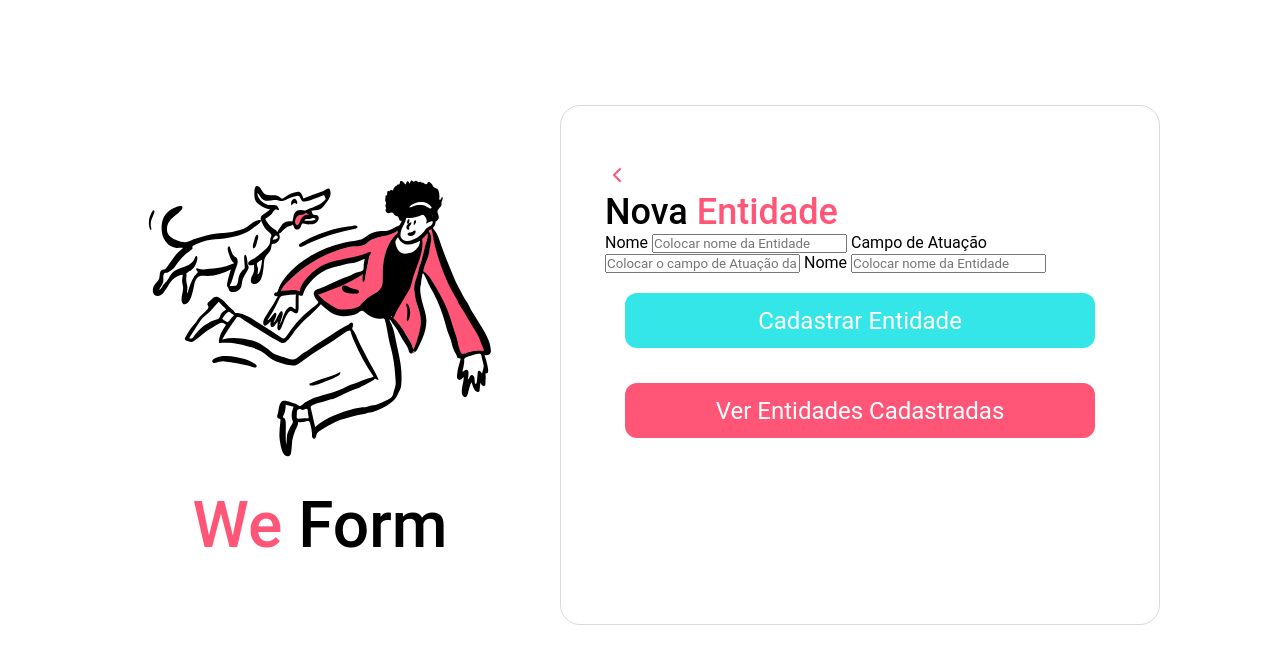
Repository: guilhermecardoso93/we-form
Page: nova-entidade.html
An editor plug-in stored every save of this project. The page is shown before and after the next save, followed by the edit.
The browser window is 1280 px wide. The pictures show the whole page.
Some web libraries are served in a nearby version.

Above is the page before, as saved 2024-06-09 18:01:10.

### nova-entidade.html
<!DOCTYPE html>
<html lang="pt-BR">

<head>
    <meta charset="UTF-8">
    <meta name="viewport" content="width=device-width, initial-scale=1.0">
    <link rel="stylesheet" href="https://cdnjs.cloudflare.com/ajax/libs/font-awesome/5.13.1/css/all.min.css">
    <link rel="stylesheet" href="./styles.css">
    <title>We Form</title>
</head>

<body>
    <div class="content">

        <aside>
            <img src="./assets/hero.svg" alt="Ilustração mulher com cachorro" />
            <h1>
                <span>We</span> Form
            </h1>
        </aside>

        <main>
            <a href="/">
                <img src="./assets/arrow-back.svg" alt="seta" />
            </a href="/">
            <h2>Nova <span>Entidade</span></h2>
            <form>
                <label form="nome">Nome</label>
                <input type="text" placeholder="Colocar nome da Entidade" id="nome">

                <label form="field">Campo de Atuação</label>
                <input type="text" placeholder="Colocar o campo de Atuação da Entidade" id="field">

                <label form="nome">Nome</label>
                <input type="text" placeholder="Colocar nome da Entidade" id="nome">
            </form>
            <div class="buttons">
                <button>
                <a href="http://">Cadastrar Entidade</a>
            </button>
                <button>
                <a href="http://">Ver Entidades Cadastradas</a>
            </button>
            </div>

        </main>
    </div>
</body>

</html>

### styles.css
* {
  padding: 0;
  margin: 0;
  box-sizing: border-box;
  font-family: Roboto, sans-serif;
}

:root {
  font-size: 62.5%;
}

body {
  font-size: 1.6rem;
  text-decoration: none;
}

.content {
 display: flex;
 flex-wrap: wrap-reverse;
 align-items: center;
 justify-content:center;
 gap: 4rem;
 margin: 10.5rem 0 4rem 0;
}


aside {
  display: flex;
  flex-direction: column;
  align-items: center;
  justify-content: center;
  gap: 2rem;
}

aside h1 {
  font-size: 6.4rem;
  font-weight: 500;
  line-height: 75px;
}

aside h1>span, main h2>span {
  color: #FF5678;
}

aside img {
  width: 40rem;
}


main {
  width: 60rem;
  height: 52rem;
  border: 1px solid rgba(0, 0, 0, 0.15);
  border-radius: 20px;
  padding: 5.7rem 4.4rem;
}

main h2 {
  max-width: 43rem;
  font-size: 3.6rem;
  font-weight: 500;
}

.buttons {
  display: flex;
  flex-direction: column;
  justify-content: center;
  gap: 3.5rem;
  margin: 2rem;
}


.buttons button {
  background-color: #35e6e9;
  height: 5.5rem;
  border: none;
  border-radius: 12px;
}

.buttons button:hover {
  opacity: 0.5;
}

.buttons button a {
  text-decoration: none;
  color: #fff;
  font-size: 2.4rem;
}

.buttons button+button {
  background-color: #FF5678;
}

.footer {
  display: flex;
  flex-direction: column;
  align-items: center;
  justify-content: center;
  gap: 1rem;
}

.footer p {
  font-size: 1.6rem;
  margin-top: 8rem;
}

.footer a {
  font-size: 1.2rem;
  color: #000;
  text-decoration: none;
}

### assets/arrow-back.svg
<svg xmlns="http://www.w3.org/2000/svg" width="24" height="24" viewBox="0 0 24 24" fill="none" stroke="#FF5678" stroke-width="2" stroke-linecap="round" stroke-linejoin="round" class="lucide lucide-chevron-left"><path d="m15 18-6-6 6-6"/></svg>

After the next save:
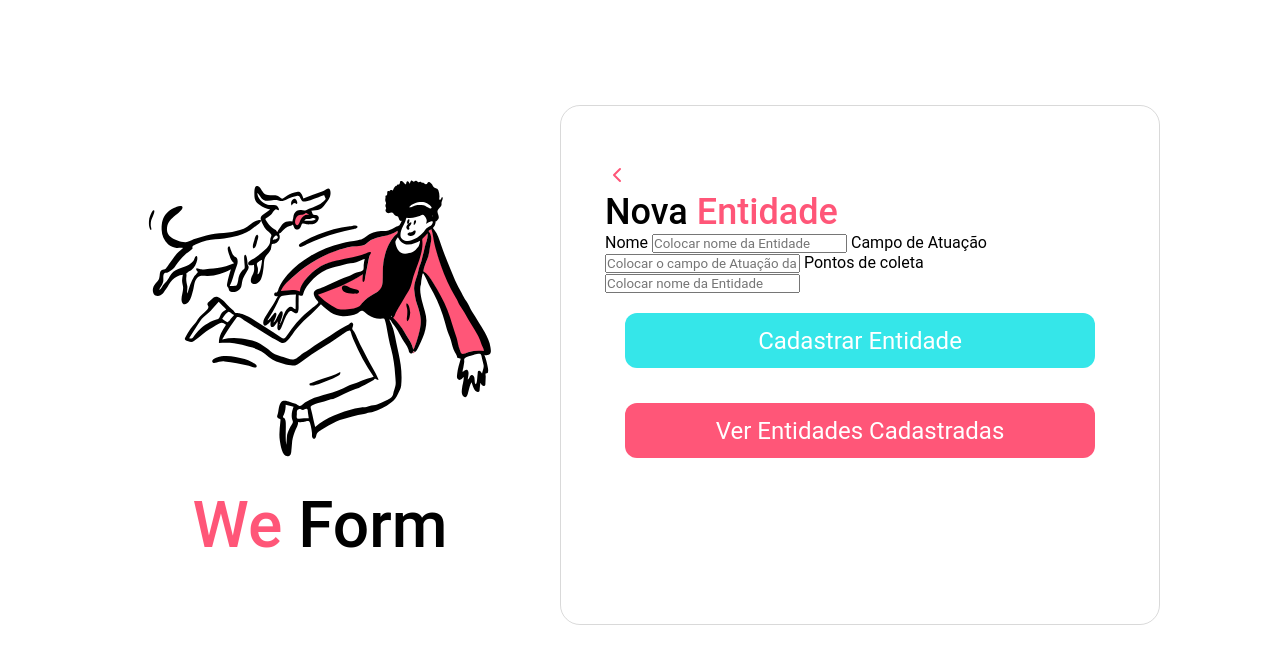
Saved 21 s later.
--- a/nova-entidade.html
+++ b/nova-entidade.html
@@ -31,8 +31,8 @@
                 <label form="field">Campo de Atuação</label>
                 <input type="text" placeholder="Colocar o campo de Atuação da Entidade" id="field">
 
-                <label form="nome">Nome</label>
-                <input type="text" placeholder="Colocar nome da Entidade" id="nome">
+                <label form="points">Pontos de coleta</label>
+                <input type="text" placeholder="Colocar nome da Entidade" id="points">
             </form>
             <div class="buttons">
                 <button>
